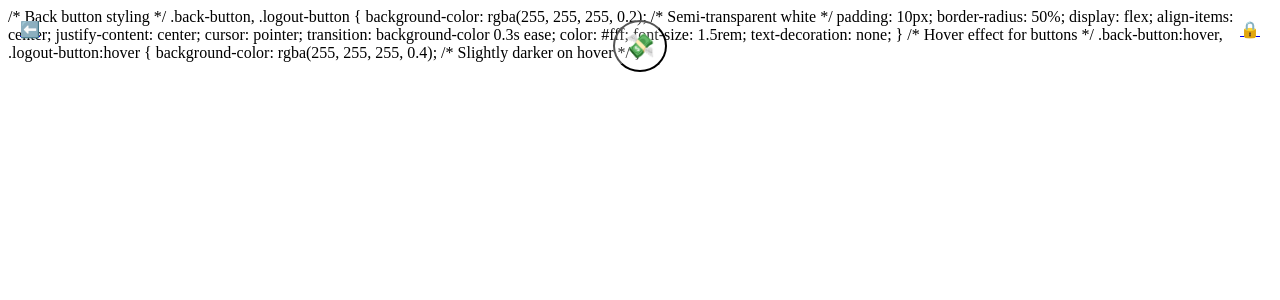
Repository: harutoNaiz/urban-mobility-system
Page: templates/navbar.html
These files come from the project's save history. The page is drawn as it stood at one moment and after a run of saves; the edit follows.
The browser window is 1280 px wide. The pictures show the whole page.
The page is served by the project's application, run on Flask 3 (app.py). The template is opened directly, without the code that normally fills it, so the values that code supplies are empty.

Above is the page before, as saved 2024-11-13 21:55:09.

After the next 2 saves:
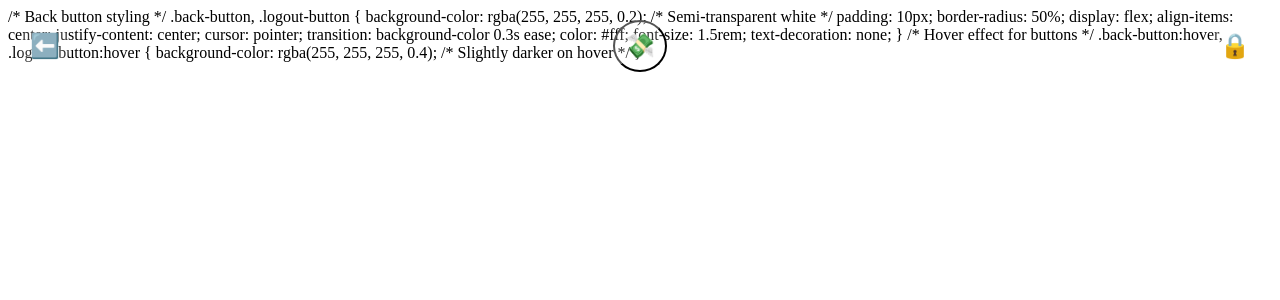
The 2 saves are shown as one change because they came seconds apart.
The last was saved 14 s later.
--- a/templates/navbar.html
+++ b/templates/navbar.html
@@ -29,6 +29,26 @@
         background: transparent; /* Transparent background */
         padding: 10px;
         z-index: 1000;
+    }
+
+        /* Back button styling */
+    .back-button, .logout-button {
+        background-color: rgba(255, 255, 255, 0.2); /* Semi-transparent white */
+        padding: 10px;
+        border-radius: 50%;
+        display: flex;
+        align-items: center;
+        justify-content: center;
+        cursor: pointer;
+        transition: background-color 0.3s ease;
+        color: #fff;
+        font-size: 1.5rem;
+        text-decoration: none;
+    }
+
+    /* Hover effect for buttons */
+    .back-button:hover, .logout-button:hover {
+        background-color: rgba(255, 255, 255, 0.4); /* Slightly darker on hover */
     }
 
     .payment-dropdown {
